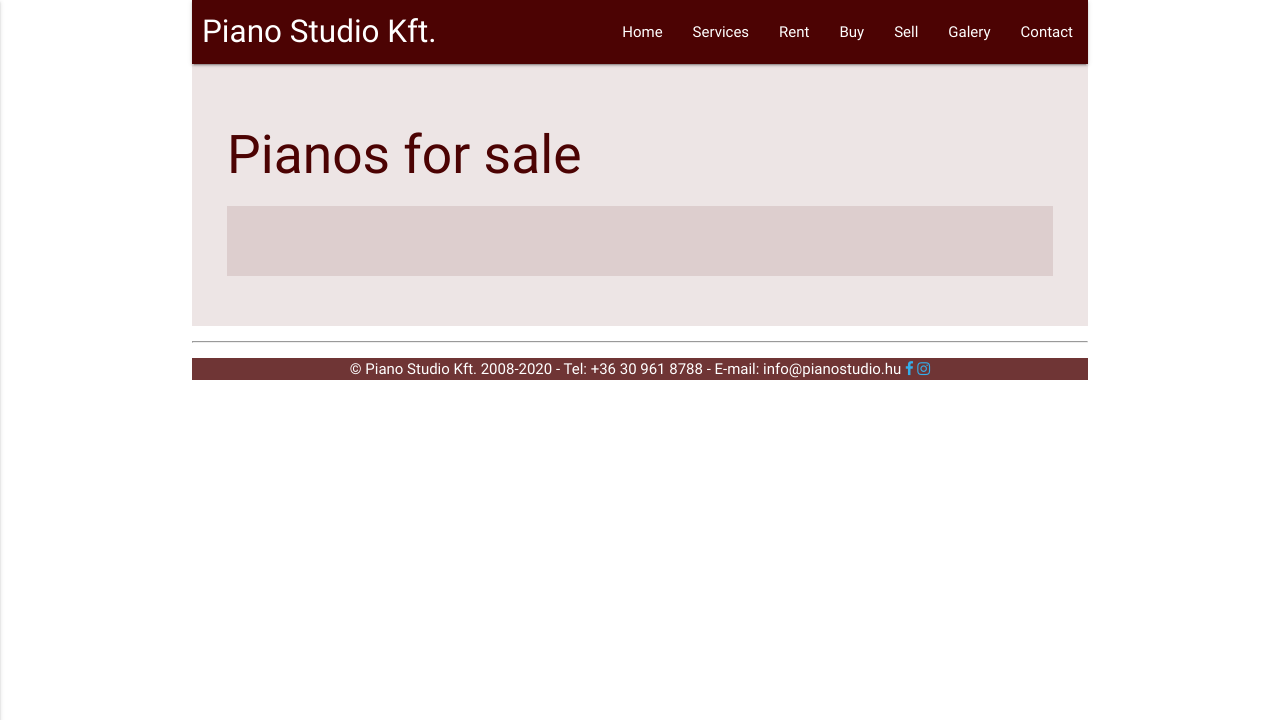
Repository: badiattila/pianostudioheroku
Page: templates/pianos_for_sale.html
The author's editor kept a record of every edit. The page is drawn from the files as they stood at one moment, then again after the next edit.
The browser window is 1280 px wide. The pictures show the whole page.
Some web libraries are served in a nearby version. The template is drawn by Flask 3. The application's start-up code is not run. Other server files are loaded and not shown. The template is opened directly, without the code that normally fills it, so the values that code supplies are empty.

Above is the page before.

### templates/pianos_for_sale.html
{% extends 'base.html' %} {% block content %}
<div class="op" id="sale">
    <h2>Pianos for sale</h2>
    <p></p>
    <div class="s12 op">
        {% for piano in pianos %}

        <div class="s6 m3">
            <div class="card left">
                <div class="card-image">
                    <img class="materialboxed" src="{{url_for('file', file_name=piano.file_name)}}">
                    <span class="card-title">
                    </span>
                </div>
                <div class="card-content">
                    <p><strong>Brand:</strong> {{piano.brand}}</p>
                    <p><strong>Price:</strong> EUR {{piano.price}}.-</p>
                    <p><strong>Age:</strong> {{piano.age}} y.</p>
                    <p><strong>Description:</strong> {{piano.description}}</p>
                </div>
                <div class="inline_actions">
                    <a href="{{url_for('delete_piano', piano_id=piano._id)}}" class="waves-effect waves-light btn btn_small red left">Del</a>
                    <a href="{{url_for('edit_piano', piano_id=piano._id)}}" class="waves-effect waves-light btn btn_small right">Edit</a>
                </div>
            </div>
        </div>
        {% endfor %}
    </div>
</div>
{% endblock %}

### templates/base.html
<!DOCTYPE html>

<html>

<head>

    <!-- Meta tags -->
    <meta charset="utf-8">
    <!-- Font awsome -->
    <link rel="stylesheet" href="https://maxcdn.bootstrapcdn.com/font-awesome/4.7.0/css/font-awesome.min.css" type="text/css" />
    <!-- Hover -->
    <link rel="stylesheet" href="https://cdnjs.cloudflare.com/ajax/libs/hover.css/2.1.1/css/hover-min.css" type="text/css" />
    <!-- Material icons by Google -->
    <link href="https://fonts.googleapis.com/icon?family=Material+Icons" rel="stylesheet">
    <!-- Compiled and minified materialize CSS -->
    <link rel="stylesheet" href="https://cdnjs.cloudflare.com/ajax/libs/materialize/0.100.2/css/materialize.min.css">
    <!-- Specific Css for this website -->
    <link rel="stylesheet" href="{{url_for('static', filename='css/style.css')}}" type="text/css" />

    <title>Piano Studio Kft. - Services - </title>
    <link href="{{url_for('static', filename='pictures/favicon.ico')}}" rel="shortcut icon" type="image/x-icon" />
    <meta name="description" content="Piano rental, tuning and repair - Piano Studio Kft." />
    <meta name="keywords" content="Piano rental,piano tuning,piano repair,piano studio" />
    <meta name="copyright" content="Piano Studio Kft." />
    <meta name="author" content="Attila Badi/Piano Studio Kft." />
    <meta name="email" content="info@pianostudio.hu" /> {% block head %} {% endblock %}


</head>

<body>
    <div class="container">
        <header>
            <nav>
                <div class="nav-wrapper redbg">
                    <a href="{{url_for('index')}}" class="brand-logo">Piano Studio Kft.</a>
                    <a href="#" data-activates="mobile-demo" class="button-collapse"><i class="material-icons">menu</i></a>
                    <ul id="nav-mobile" class="right hide-on-med-and-down">
                        <li><a href="{{url_for('index')}}">Home</a></li>
                        <li><a href="{{url_for('services')}}">Services</a></li>
                        <li><a href="{{url_for('rent')}}">Rent</a></li>
                        <li><a href="{{url_for('pianos_for_sale')}}">Buy</a></li>
                        <li><a href="{{url_for('createadd')}}">Sell</a></li>
                        <li><a href="{{url_for('galery')}}">Galery</a></li>
                        <li><a href="{{url_for('contact')}}">Contact</a></li>
                    </ul>
                    <ul class="side-nav" id="mobile-demo">
                        <li><a href="{{url_for('index')}}">Home</a></li>
                        <li><a href="{{url_for('services')}}">Services</a></li>
                        <li><a href="{{url_for('rent')}}">Rent</a></li>
                        <li><a href="{{url_for('pianos_for_sale')}}">Buy</a></li>
                        <li><a href="{{url_for('createadd')}}">Sell</a></li>
                        <li><a href="{{url_for('galery')}}">Galery</a></li>
                        <li><a href="{{url_for('contact')}}">Contact</a></li>
                    </ul>
                </div>
            </nav>

        </header>
        {% block content %} {% endblock %}
        <hr>
        <footer class="footer redbg">
            <p>&copy; Piano Studio Kft. 2008-2020 - Tel: +36 30 961 8788 - E-mail: info@pianostudio.hu
                <a target="_blank" href="https://www.facebook.com/zongoraterem"><i class="fa fa-facebook" aria-hidden="true"></i></a>
                <a target="_blank" href="https://www.instagram.com/pianostudiokft"><i class="fa fa-instagram" aria-hidden="true"></i></a>
            </p>
        </footer>
    </div>

    <script src="https://code.jquery.com/jquery-3.4.1.min.js" integrity="sha256-CSXorXvZcTkaix6Yvo6HppcZGetbYMGWSFlBw8HfCJo=" crossorigin="anonymous"></script>
    <!-- Compiled and minified JavaScript -->
    <script src="https://cdnjs.cloudflare.com/ajax/libs/materialize/0.100.2/js/materialize.min.js"></script>
    <!--<script src="https://cdnjs.cloudflare.com/ajax/libs/materialize/1.0.0/js/materialize.min.js"></script>-->

    <script type="text/javascript">
        $(document).ready(function() {
            $('.modal').modal();
            $('.dropdown-trigger').dropdown({ hover: false });
            $('.collapsible').collapsible();
            $('select').material_select();
            $('.button-collapse').sideNav();
            $('.materialboxed').materialbox();
        });
    </script>
    {% block bottom %} {% endblock %}

</body>

</html>

### static/css/style.css
.left {
  float: left;
}

.right {
  float: right;
}

/* Picture formatting for gallery and teaser pictures */

.right-teaser {
  padding: 1px;
  border: 1px solid #4c0303;
  float: right;
  margin: 0 0 1em 1em;
  width: 12vw;
}

.galery-pic {
  padding: 1px;
  border: 1px solid #4c0303;
  margin: 0 0 1em 1em;
  width: 12vw;
}

.btn_small {
  height: 24px;
  width: 60px;
  line-height: 24px;
  margin: 5px 5px;
  padding: 0 0.5em;
}

.btn_mid {
  height: 24px;
  width: 120px;
  line-height: 24px;
  margin: 5px 5px;
  padding: 0 0.5em;
}

.footer {
  color: white;
  opacity: 0.8;
  filter: alpha(opacity=80);
  text-align: center;
}

.redbg {
  background-color: #4c0303;
}

.nav-wrapper {
  padding-left: 10px;
}

/* Opacity classes for different elements */

.op {
  background: rgba(76, 3, 3, 0.1);
  color: rgba(76, 3, 3);
  padding: 35px;
  margin-bottom: 15px;
}

.dropdown-content {
  width: max-content !important;
  height: auto !important;
}

/* ID based background behaviour */

.intro {
  position: relative;
  overflow: hidden;
  color: rgba(76, 3, 3);
  padding: 35px;
  margin-bottom: 0;
  margin-left: 0;
  margin-right: 0;
}

.intro img {
  position: absolute;
  left: 0;
  top: 0;
  width: 100%;
  height: auto;
  z-index: 1;
  opacity: 0.2;
}

.intro h2 p {
  padding: 150px;
  text-align: center;
  z-index: 2;
  position: relative;
  color: #fff;
}

After the next edit:
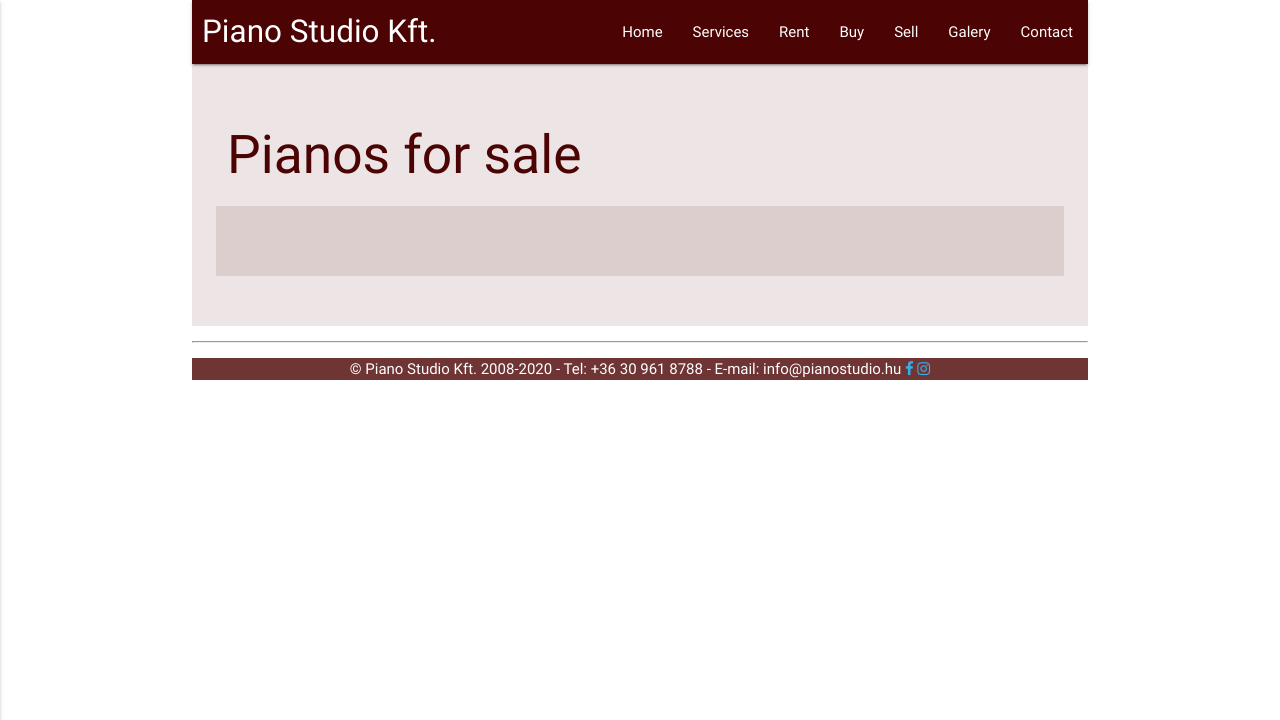
The edit:
--- a/templates/pianos_for_sale.html
+++ b/templates/pianos_for_sale.html
@@ -2,7 +2,7 @@
 <div class="op" id="sale">
     <h2>Pianos for sale</h2>
     <p></p>
-    <div class="s12 op">
+    <div class="row s12 op">
         {% for piano in pianos %}
 
         <div class="s6 m3">
